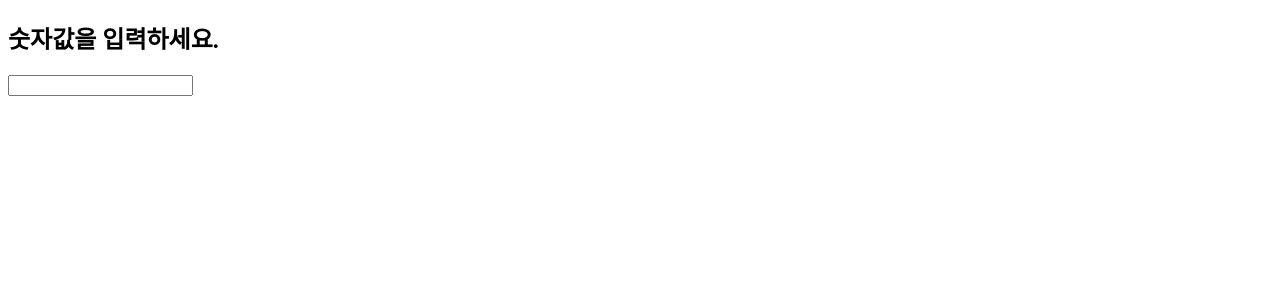
Repository: matodale/StudyJSP
Page: http://localhost/StudyJSP/ch06/ifTestForm.jsp
These files come from the project's save history. The page is drawn as it stood at one moment and after the next save; the edit follows.
The browser window is 1280 px wide. The pictures show the whole page.
The page is served by Tomcat 9.

Above is the page before, as saved 2022-12-21 03:55:01.

After the next save:
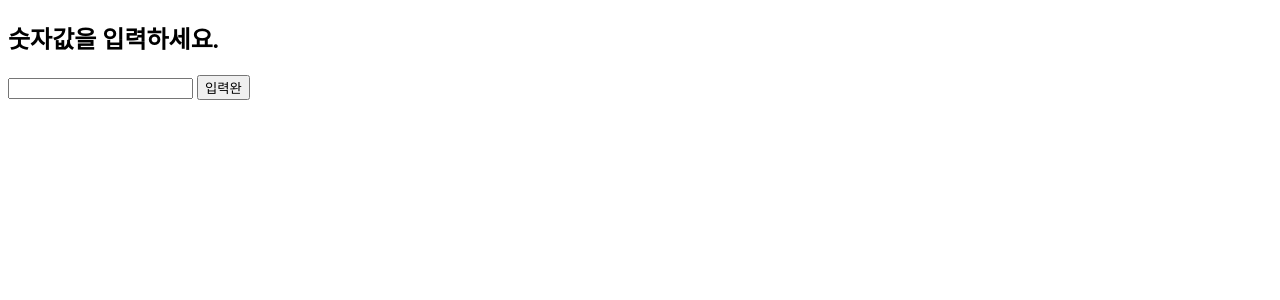
Saved 30 s later.
--- a/StudyJSP/src/main/webapp/ch06/ifTestForm.jsp
+++ b/StudyJSP/src/main/webapp/ch06/ifTestForm.jsp
@@ -10,6 +10,7 @@
 <h2>숫자값을 입력하세요.</h2>
 <form method="post" action="ifTestPro.jsp">
 	<input type="text" name="number">
+	<input type="submit" value="입력완">
 </form>
 </body>
 </html>
